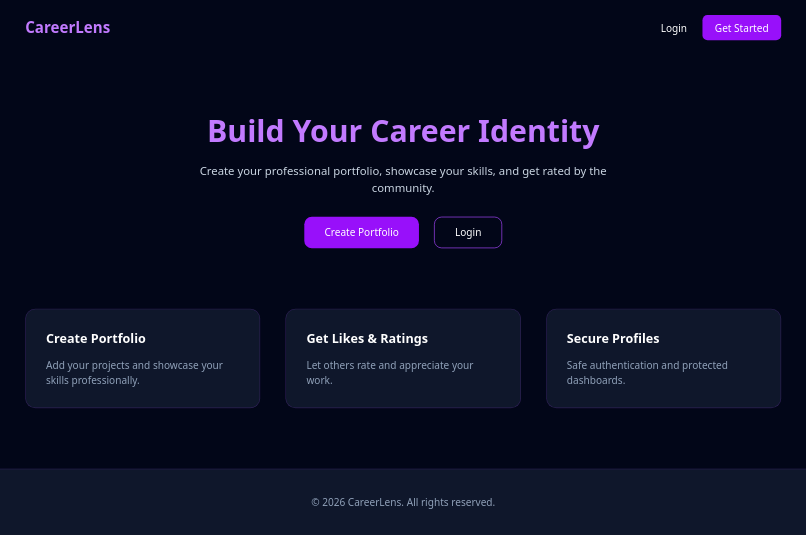
Repository: Gazal1116/CareerLens
Page: / (app in Frontend/CareerLens/)
The author's editor kept a copy of each file at every save. The page is drawn from the files as they stood at one save, then again after the next save.
The browser window is 1280 px wide. The pictures show the whole page, at 63% of full size.
The project was rebuilt for these pictures with package versions that can differ from the ones it lists, and the page was loaded fresh each time. Also part of the build but not shown: Frontend/CareerLens/vite.config.js.

Above is the page before, as saved 2026-02-23 00:00:39.

After the next save:
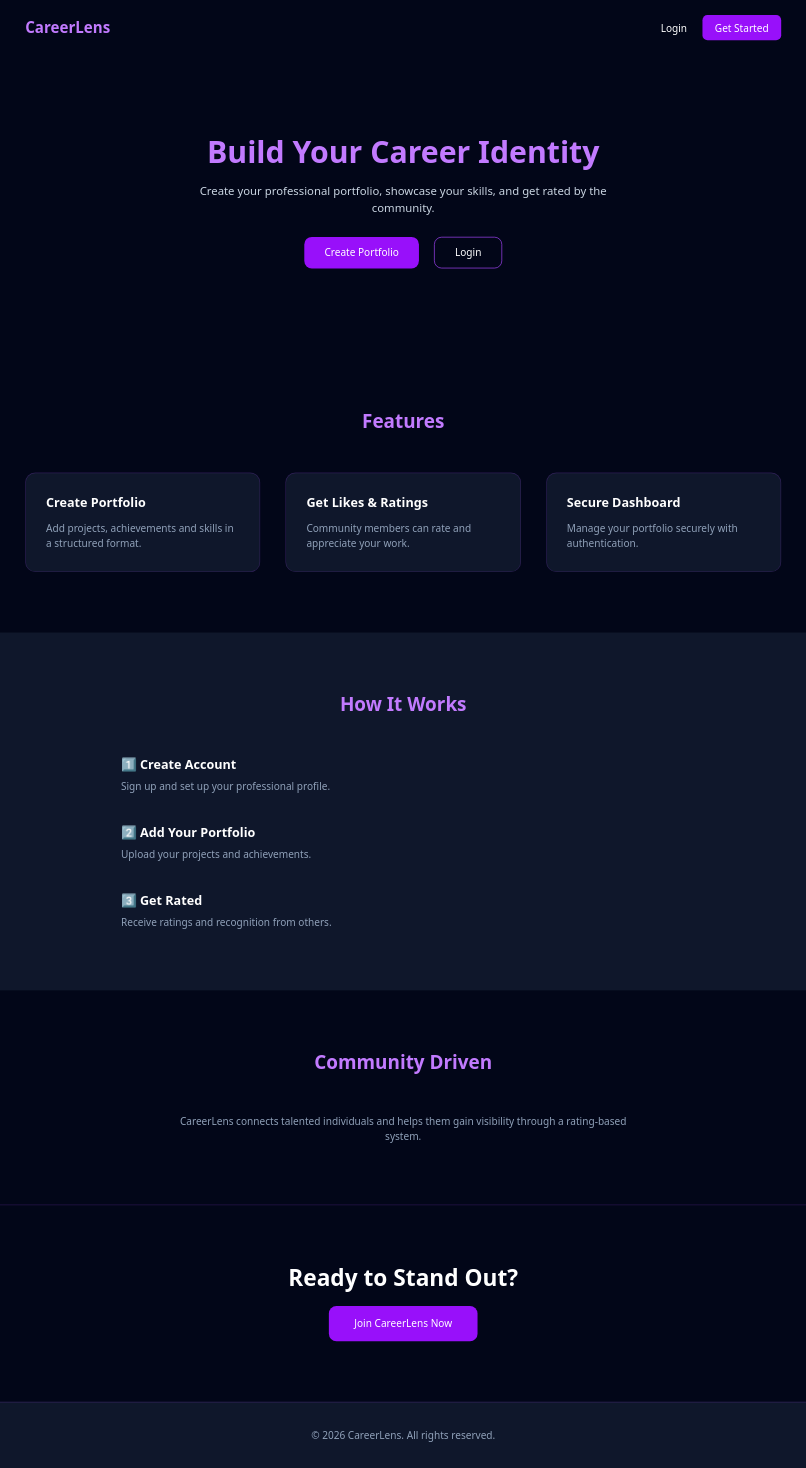
Saved 2 min 40 s later.
--- a/Frontend/CareerLens/src/components/Home.jsx
+++ b/Frontend/CareerLens/src/components/Home.jsx
@@ -3,7 +3,7 @@ function Home() {
     <div className="bg-slate-950 text-white min-h-screen flex flex-col">
 
       {/* NAVBAR */}
-      <nav className="flex justify-between items-center px-10 py-6">
+      <nav className="flex justify-between items-center px-10 py-6 sticky top-0 bg-slate-950 z-50">
         <h1 className="text-2xl font-bold text-purple-400">
           CareerLens
         </h1>
@@ -19,8 +19,8 @@ function Home() {
         </div>
       </nav>
 
-      {/* HERO */}
-      <section className="flex flex-col items-center justify-center text-center px-6 py-24">
+      {/* HERO SECTION */}
+      <section className="flex flex-col items-center justify-center text-center px-6 py-32">
         <h2 className="text-5xl font-extrabold mb-6 text-purple-400">
           Build Your Career Identity
         </h2>
@@ -41,33 +41,84 @@ function Home() {
       </section>
 
       {/* FEATURES */}
-      <section className="grid md:grid-cols-3 gap-10 px-10 pb-24">
+      <section className="px-10 py-24">
+        <h3 className="text-3xl font-bold text-center mb-16 text-purple-400">
+          Features
+        </h3>
 
-        <div className="bg-slate-900 p-8 rounded-2xl border border-purple-500/20">
-          <h3 className="text-xl font-bold mb-4">Create Portfolio</h3>
-          <p className="text-slate-400">
-            Add your projects and showcase your skills professionally.
-          </p>
+        <div className="grid md:grid-cols-3 gap-10">
+          <div className="bg-slate-900 p-8 rounded-2xl border border-purple-500/20">
+            <h4 className="text-xl font-bold mb-4">Create Portfolio</h4>
+            <p className="text-slate-400">
+              Add projects, achievements and skills in a structured format.
+            </p>
+          </div>
+
+          <div className="bg-slate-900 p-8 rounded-2xl border border-purple-500/20">
+            <h4 className="text-xl font-bold mb-4">Get Likes & Ratings</h4>
+            <p className="text-slate-400">
+              Community members can rate and appreciate your work.
+            </p>
+          </div>
+
+          <div className="bg-slate-900 p-8 rounded-2xl border border-purple-500/20">
+            <h4 className="text-xl font-bold mb-4">Secure Dashboard</h4>
+            <p className="text-slate-400">
+              Manage your portfolio securely with authentication.
+            </p>
+          </div>
         </div>
+      </section>
 
-        <div className="bg-slate-900 p-8 rounded-2xl border border-purple-500/20">
-          <h3 className="text-xl font-bold mb-4">Get Likes & Ratings</h3>
-          <p className="text-slate-400">
-            Let others rate and appreciate your work.
-          </p>
+      {/* HOW IT WORKS */}
+      <section className="bg-slate-900 py-24 px-10">
+        <h3 className="text-3xl font-bold text-center mb-16 text-purple-400">
+          How It Works
+        </h3>
+
+        <div className="max-w-4xl mx-auto space-y-12">
+          <div>
+            <h4 className="text-xl font-semibold mb-2">1️⃣ Create Account</h4>
+            <p className="text-slate-400">Sign up and set up your professional profile.</p>
+          </div>
+
+          <div>
+            <h4 className="text-xl font-semibold mb-2">2️⃣ Add Your Portfolio</h4>
+            <p className="text-slate-400">Upload your projects and achievements.</p>
+          </div>
+
+          <div>
+            <h4 className="text-xl font-semibold mb-2">3️⃣ Get Rated</h4>
+            <p className="text-slate-400">Receive ratings and recognition from others.</p>
+          </div>
         </div>
+      </section>
 
-        <div className="bg-slate-900 p-8 rounded-2xl border border-purple-500/20">
-          <h3 className="text-xl font-bold mb-4">Secure Profiles</h3>
-          <p className="text-slate-400">
-            Safe authentication and protected dashboards.
-          </p>
-        </div>
+      {/* COMMUNITY SECTION */}
+      <section className="py-24 px-10">
+        <h3 className="text-3xl font-bold text-center mb-16 text-purple-400">
+          Community Driven
+        </h3>
 
+        <p className="text-center max-w-3xl mx-auto text-slate-400">
+          CareerLens connects talented individuals and helps them gain visibility
+          through a rating-based system.
+        </p>
+      </section>
+
+      {/* CTA */}
+      <section className="text-center py-24 border-t border-purple-500/20">
+        <h2 className="text-4xl font-bold mb-6">
+          Ready to Stand Out?
+        </h2>
+
+        <button className="px-10 py-4 rounded-xl bg-purple-600 hover:bg-purple-700 transition">
+          Join CareerLens Now
+        </button>
       </section>
 
       {/* FOOTER */}
-      <footer className="mt-auto border-t border-purple-500/20 py-10 px-10 bg-slate-900 text-center">
+      <footer className="border-t border-purple-500/20 py-10 px-10 bg-slate-900 text-center">
         <p className="text-slate-400">
           © 2026 CareerLens. All rights reserved.
         </p>
